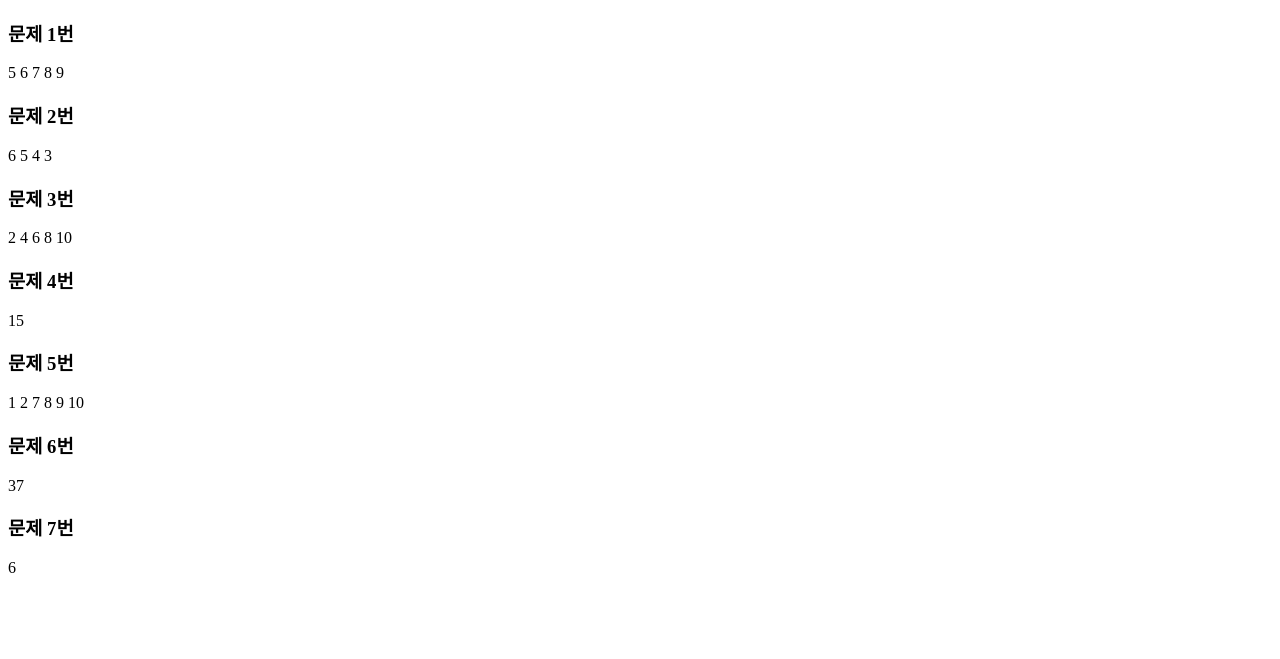
Repository: dadomin/2020JAVA
Page: http://localhost/20201damin/01_BasicJSP/ex04_문제.jsp
These files come from the project's save history. The page is drawn as it stood at one moment and after the next save; the edit follows.
The browser window is 1280 px wide. The pictures show the whole page.
The page is served by Tomcat 9.

Above is the page before, as saved 2020-06-03 12:33:26.

### first semester/20201damin/WebContent/01_BasicJSP/ex04_문제.jsp
<%@ page language="java" contentType="text/html; charset=UTF-8" pageEncoding="UTF-8"%>
<!DOCTYPE html>
	<html>
	<head>
		<meta charset="UTF-8">
		<title>스크립트릿과 익스프레션 태그로 반복문 구현하기</title>
	</head>
	<body>
		<%--
			문제 1) 1부터 10까지 반복해 5~9 출력
			정답 1) 5, 6, 7, 8, 9
		 --%>
		 <h3>문제 1번</h3>
		 <%
		 	for(int i = 1; i <= 10; i++){
		 		if(5 <= i && i <= 9){
		 %>
		 		<%= i %>
		<%
		 		}
		 	}
		%>
		<br />
		<%--
			문제 2) 10부터 1까지 반복해 6~3 거꾸로 출력
			정답 2) 6, 5, 4, 3
		 --%>
		 <h3>문제 2번</h3>
		 <%
		 	for(int i = 10; i >= 1; i--){
		 		if( i <=6 && i >=3){
		 %>
		 			<%= i %>

		 <%
		 		}
		 	}
		 %>
		 <br>

		 <h3>문제 3번</h3>
		<%--
			문제 3) 1부터 10까지 반복해 짝수만 출력
			정답 3) 2, 4, 6, 8, 10
		 --%>

		 <%
		 	for(int i = 1; i <= 10; i++){
		 		if( i % 2 == 0){
		 %>
		 			<%= i %>

		 <%
		 		}
		 	}
		 %>
		 <br>
		 <h3>문제 4번</h3>
		 <%--
		 	문제 4) 1부터 5까지의 합 출력
		 	정답 4) 15
		  --%>
		  <%
		  	int add = 0;
		  	for(int i = 1; i <=5; i++){
		  		add += i;
		  	}
		  %>

		  <%= add %>
		  <br>

		  <h3>문제 5번</h3>
		 <%--
		 	문제 5) 1부터 10까지 반복해 3미만 7이상만 출력
		 	정답 5) 1, 2, 7, 8, 9, 10
		  --%>
		 <%
		 	for(int i = 1; i <= 10; i++){
		 		if( i < 3 || i >= 7){
		 %>
		 			<%= i %>

		 <%
		 		}
		 	}
		 %>
		 <br>

		 <h3>문제 6번</h3>
		 <%--
		 	문제 6) 문제 5번의 조건에 맞는 수들의 합 출력
		 	정답 6) 37
		  --%>
		  <%
		  	int total = 0;
		  	for(int i = 1; i <= 10; i++){
		  		if(i < 3 || i >= 7){
		  			total += i;
		  		}
		  	}

		  %>

		  <%= total %>
		 <br>

		 <h3>문제 7번</h3>
		 <%--
		 	문제 7) 문제 5번의 조건에 맞는 수들의 개수 출력
		 	정답 7) 6
		  --%>
		  <%
		  	int cnt = 0;
		  	for(int i = 1; i <= 10; i++){
		  		if(i < 3 || i >= 7){
		  			cnt++;
		  		}
		  	}

		  %>

		  <%= cnt %>
		 <br>
		 <%--
		 	문제 8) 구구단 세로로 출력
		  --%>
	</body>
</html>

After the next save:
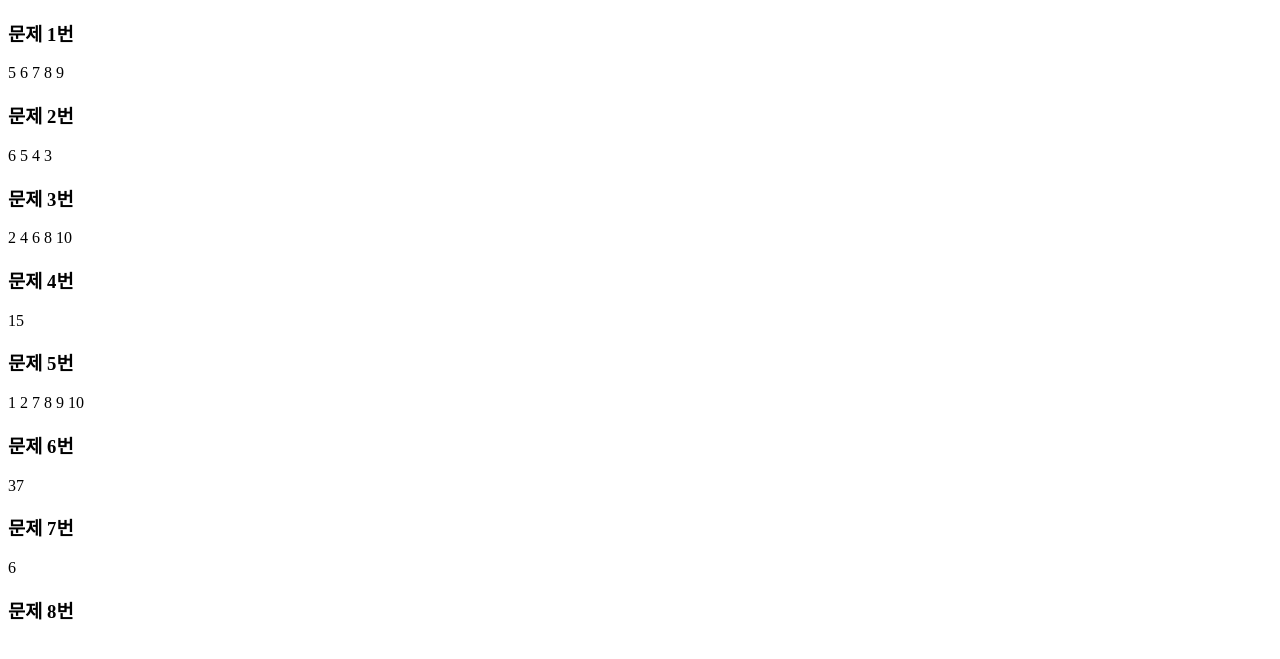
Saved 14 s later.
--- a/first semester/20201damin/WebContent/01_BasicJSP/ex04_문제.jsp
+++ b/first semester/20201damin/WebContent/01_BasicJSP/ex04_문제.jsp
@@ -122,6 +122,8 @@
 
 		  <%= cnt %>
 		 <br>
+
+		 <h3>문제 8번</h3>
 		 <%--
 		 	문제 8) 구구단 세로로 출력
 		  --%>
